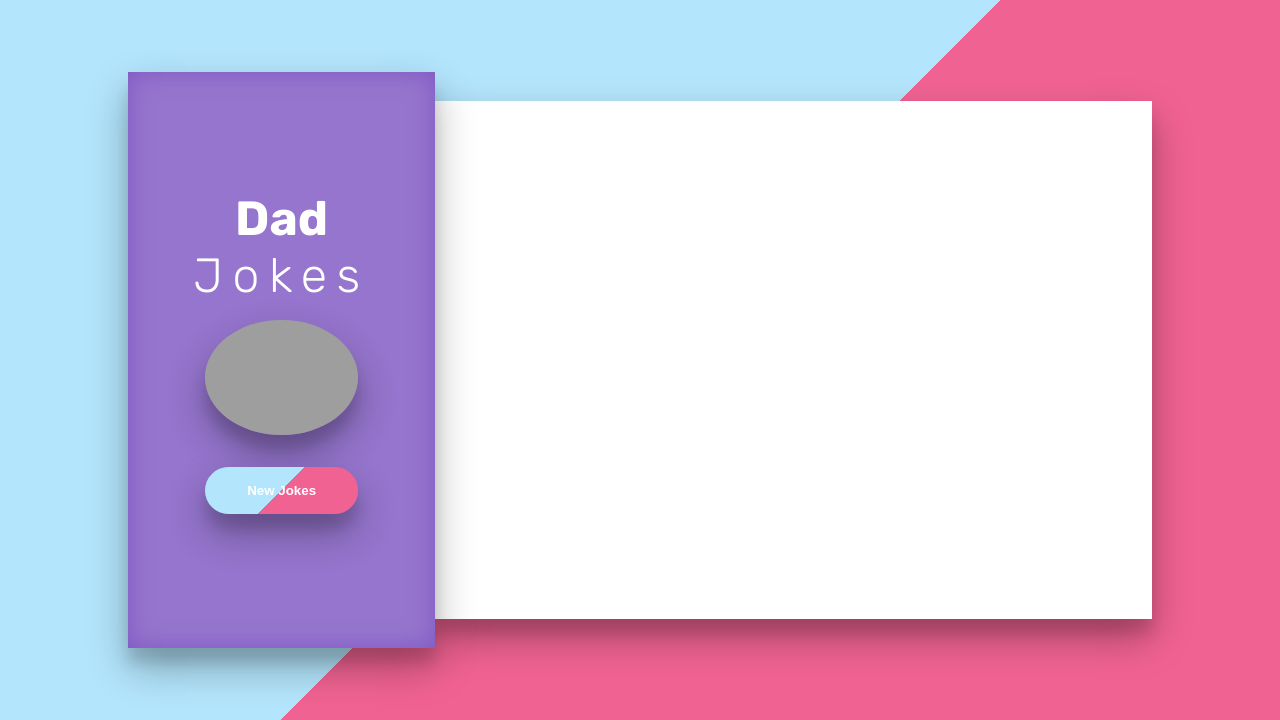
Repository: zhapar/dad-jokes
Page: /
The author's editor kept a copy of each file at every save. The page is drawn from the files as they stood at one save, then again after the next save.
The browser window is 1280 px wide. The pictures show the whole page.
Pictures or frames that could not be fetched are drawn as grey boxes. The page's requests for data from a server got no answer. The project was rebuilt for these pictures with package versions that can differ from the ones it lists, and the page was loaded fresh each time. No one was signed in, and anything a server would have sent is missing. Also part of the build but not shown: src/Joke.css, src/Joke.js.

Above is the page before, as saved 2020-08-30 15:44:38.

After the next save:
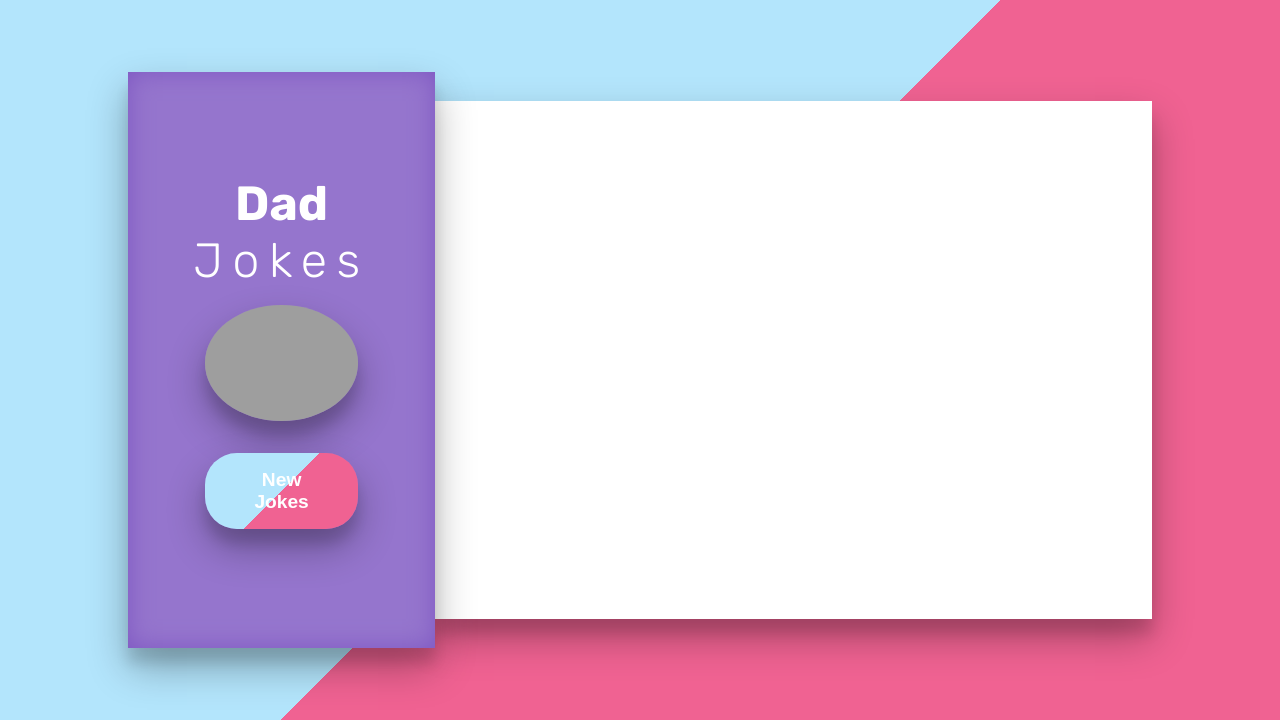
Saved 14 s later.
--- a/src/JokeList.css
+++ b/src/JokeList.css
@@ -51,7 +51,7 @@
 
 .JokeList-getmore {
   width: 50%;
-  font-style: 1.2rem;
+  font-size: 1.2rem;
   margin: 2rem;
   padding: 1rem 2rem;
   border-radius: 2rem;
